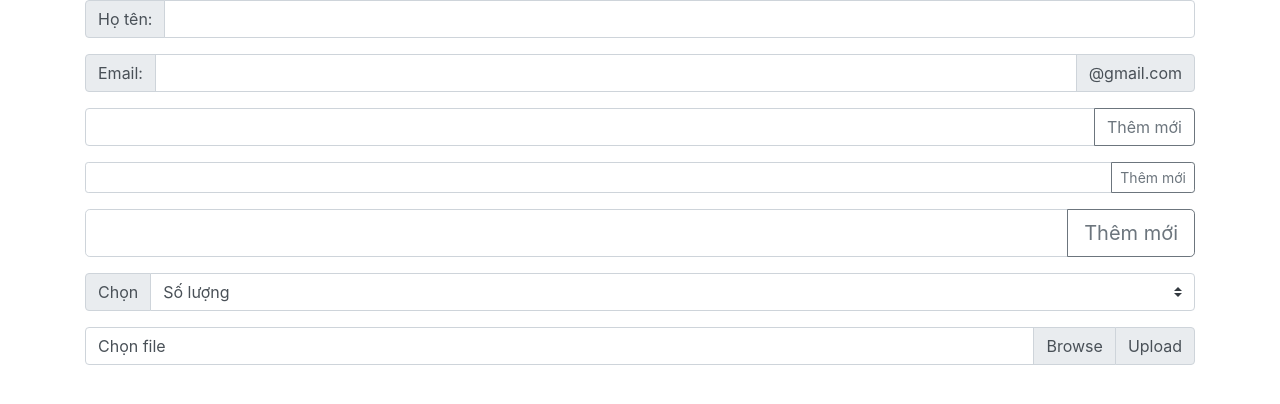
Repository: anhtu2110/front_end
Page: lesson/bootstrap/advance/5.14-input-group.html
An editor plug-in stored every save of this project. The page is shown before and after the next save, followed by the edit.
The browser window is 1280 px wide. The pictures show the whole page.

Above is the page before, as saved 2022-12-09 07:13:02.

### lesson/bootstrap/advance/5.14-input-group.html
<!DOCTYPE html>
<html lang="en">
  <head>
    <meta charset="UTF-8" />
    <meta http-equiv="X-UA-Compatible" content="IE=edge" />
    <meta name="viewport" content="width=device-width, initial-scale=1.0" />
    <link rel="stylesheet" href="./bootstrap/css/bootstrap.min.css" />
    <title>Document</title>
  </head>
  <body>
    <div class="container">
        <div class="row">
            <div class="col-md-12">
                <div class="input-group mb-3">
                    <div class="input-group-prepend">
                        <label for="username" class="input-group-text">Họ tên:</label>
                    </div>
                    <input id="username" class="form-control" type="text" name="username">
                </div>
                <div class="input-group mb-3">
                    <div class="input-group-prepend">
                        <label for="email" class="input-group-text">Email:</label>
                    </div>
                    <input class="form-control" type="text" name="email" aria-label="Recipient's " id="email">
                    <div class="input-group-append">
                        <span class="input-group-text">@gmail.com</span>
                    </div>
                </div>
                <div class="input-group mb-3">
                    <input class="form-control" type="text" name="email" aria-label="Recipient's " id="email">
                    <div class="input-group-append">
                        <div class="btn btn-outline-secondary">Thêm mới</div>
                    </div>
                </div>
                <div class="input-group input-group-sm mb-3">
                    <input class="form-control" type="text" name="email" aria-label="Recipient's " id="email">
                    <div class="input-group-append">
                        <div class="btn btn-outline-secondary">Thêm mới</div>
                    </div>
                </div>
                <div class="input-group input-group-lg mb-3">
                    <input class="form-control" type="text" name="email" aria-label="Recipient's " id="email">
                    <div class="input-group-append">
                        <div class="btn btn-outline-secondary">Thêm mới</div>
                    </div>
                </div>
                <div class="input-group mb-3">
                    <div class="input-group-prepend">
                        <span class="input-group-text">Chọn</span>
                    </div>
                        <select id="my-select" class="custom-select" name="">
                            <option value="">Số lượng</option>
                            <option value="">1</option>
                            <option value="">2</option>
                            <option value="">3</option>
                        </select>
                </div>
                <div class="input-group">
                    <div class="custom-file">
                        <input id="my-input" class="custom-file-input" type="file" name="">
                        <label for="my-input" class="custom-file-label">Chọn file</label>
                    </div>
                    <div class="input-group-append">
                        <span class="input-group-text" id="my-addon">Upload</span>
                    </div>
                </div>
            </div>
        </div>
    </div>
    <script src="js/jquery-3.6.1.min.js"></script>
    <script src="js/popper.min.js"></script>
    <script src="./bootstrap/js/bootstrap.min.js"></script>
  </body>
</html>

Loaded but not shown: lesson/bootstrap/advance/bootstrap/css/bootstrap.min.css (library); lesson/bootstrap/advance/js/jquery-3.6.1.min.js (library); lesson/bootstrap/advance/js/popper.min.js (library); lesson/bootstrap/advance/bootstrap/js/bootstrap.min.js (library)

After the next save:
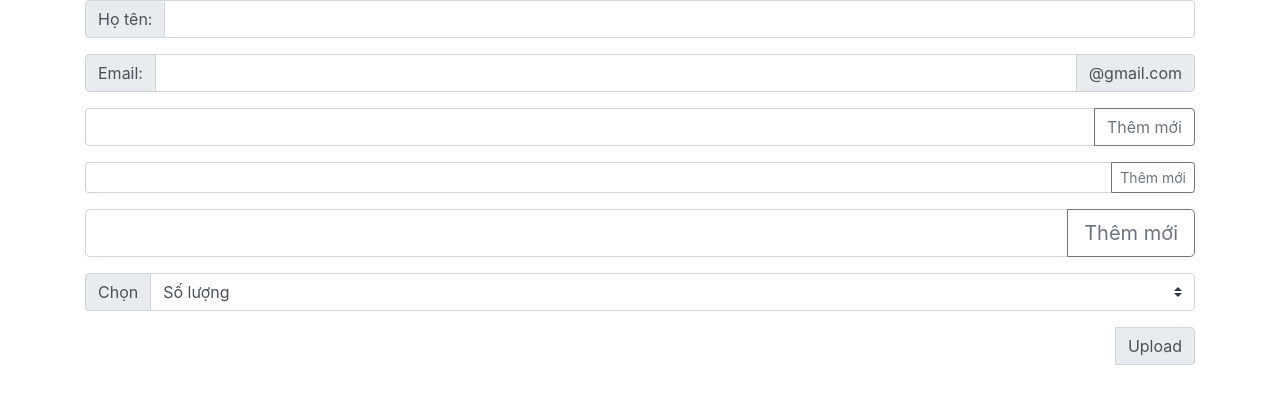
Saved 4 min 4 s later.
--- a/lesson/bootstrap/advance/5.14-input-group.html
+++ b/lesson/bootstrap/advance/5.14-input-group.html
@@ -58,7 +58,7 @@
                 <div class="input-group">
                     <div class="custom-file">
                         <input id="my-input" class="custom-file-input" type="file" name="">
-                        <label for="my-input" class="custom-file-label">Chọn file</label>
+                        <!-- <label for="my-input" class="custom-file-label">Chọn file</label> -->
                     </div>
                     <div class="input-group-append">
                         <span class="input-group-text" id="my-addon">Upload</span>

After the save that followed:
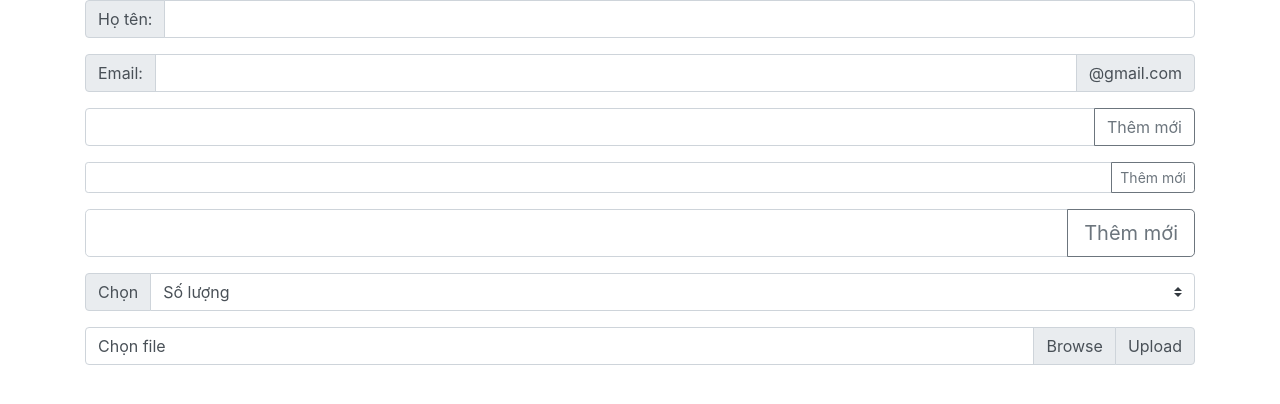
Saved 8 s later.
--- a/lesson/bootstrap/advance/5.14-input-group.html
+++ b/lesson/bootstrap/advance/5.14-input-group.html
@@ -58,7 +58,7 @@
                 <div class="input-group">
                     <div class="custom-file">
                         <input id="my-input" class="custom-file-input" type="file" name="">
-                        <!-- <label for="my-input" class="custom-file-label">Chọn file</label> -->
+                        <label for="my-input" class="custom-file-label">Chọn file</label>
                     </div>
                     <div class="input-group-append">
                         <span class="input-group-text" id="my-addon">Upload</span>
